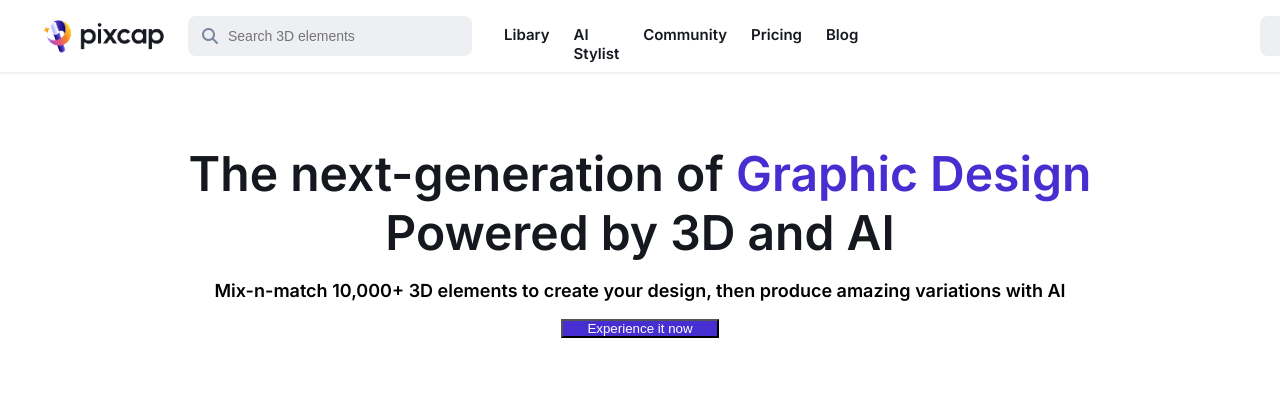
Repository: xd25vn/PROJECT-TEST-XDX25VN
Page: index.html
These files come from the project's save history. The page is drawn as it stood at one moment and after the next save; the edit follows.
The browser window is 1280 px wide. The pictures show the whole page.

Above is the page before, as saved 2023-09-07 20:03:01.

After the next save:
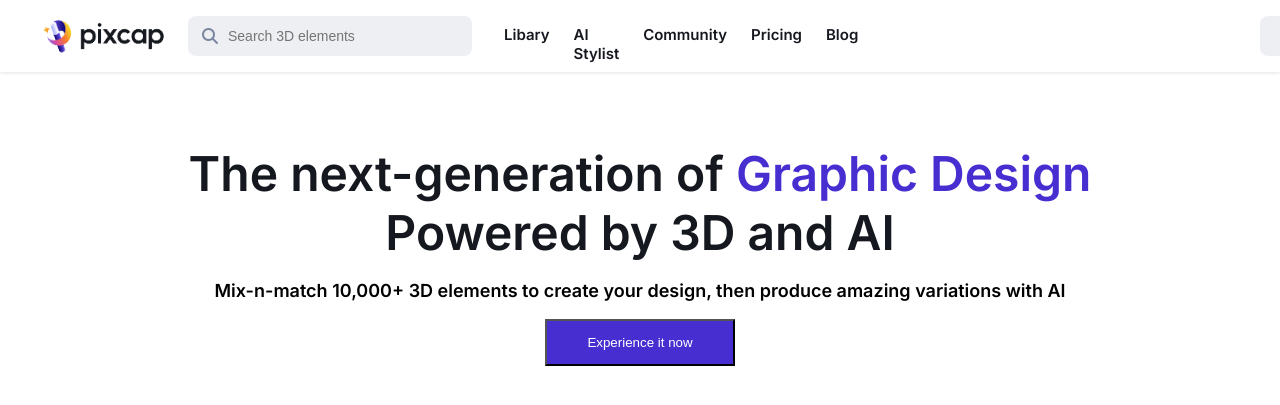
Saved 70 s later.
--- a/assets/main.css
+++ b/assets/main.css
@@ -129,5 +129,5 @@
 #sidebar .sidebar-text .sidebar-text-btn {
     color: #fff;
     background-color: #462ED1;
-    padding: 0px 24px;
+    padding: 14px 40px;
 }
